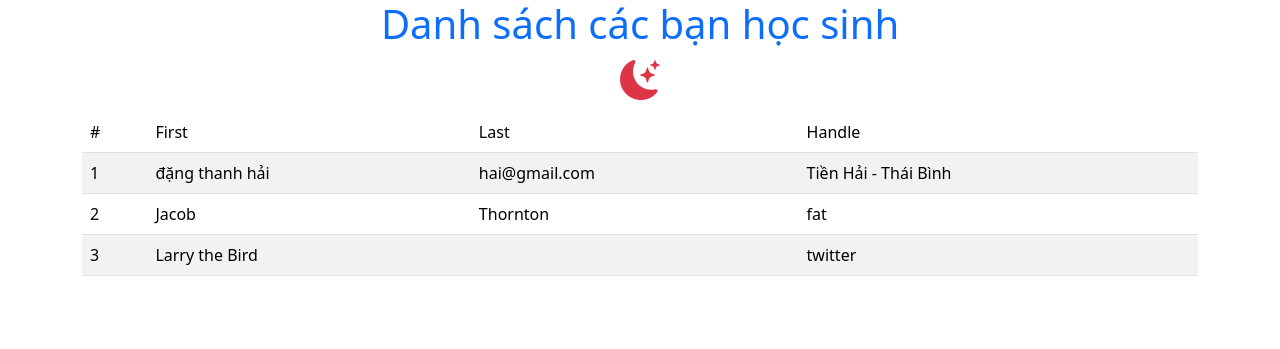
Repository: danghoanghai2k2/BeginAnguLar
Page: / (app in FirstAnGuLar/)
These files come from the project's save history. The page is drawn as it stood at one moment and after the next save; the edit follows.
The browser window is 1280 px wide. The pictures show the whole page.
The project was rebuilt for these pictures with package versions that can differ from the ones it lists, and the page was loaded fresh each time. Also part of the build but not shown: FirstAnGuLar/angular.json.

Above is the page before, as saved 2024-06-07 09:53:07.

### FirstAnGuLar/src/index.html
<!doctype html>
<html lang="en">
<head>
  <meta charset="utf-8">
  <title>FirstAnGuLar</title>
  <base href="/">
  <meta name="viewport" content="width=device-width, initial-scale=1">
  <link rel="icon" type="img" href="../public/img/465.jpg">
</head>
<body>
  <app-root></app-root>
</body>
</html>

### FirstAnGuLar/src/styles.css

*,
*:before,
*:after {
  box-sizing: border-box;
}
* {
  margin: 0;
  padding: 0;
  font: inherit;
}
img,
picture,
svg,
video {
  display: block;
  max-width: 100%;
}
input,
select,
textarea {
  background-color: transparent;
  outline: none;
}
button {
  cursor: pointer;
  background-color: transparent;
  outline: none;
  border: 0;
}
body {
  min-height: 100vh;
  font-weight: 400;
  font-size: 16px;
  line-height: 1;
}

### FirstAnGuLar/src/main.ts
import { bootstrapApplication } from '@angular/platform-browser';
import { appConfig } from './app/app.config';
import { AppComponent } from './app/app.component';
// import { ChildComponent } from './app/child/child.component';

bootstrapApplication(AppComponent, appConfig)
  .catch((err) => console.error(err));

### FirstAnGuLar/src/app/app.component.ts
import { Component } from '@angular/core';
import { RouterOutlet } from '@angular/router';
import { User } from './common/User';
import { HeaderComponent } from './component/header/header.component';

@Component({
  selector: 'app-root',
  standalone: true,
  imports: [RouterOutlet,HeaderComponent],
  templateUrl: './app.component.html',
  styleUrl: './app.component.css'
})
export class AppComponent {
  // tạo ra thẻ tiêu đề
  lists = 'Danh sách các bạn học sinh';
  nguoiDung:User = {
    id :1,
    name :'đặng thanh hải',
    email :'hai@gmail.com',
    address: 'Tiền Hải - Thái Bình'
  };
}

### FirstAnGuLar/src/app/app.component.html
<div class="container">
    <div class="header">
        <h1 class="text-center text-primary">{{lists}}</h1>
        <h1 class="text-center text-danger"><i class="bi bi-moon-stars-fill"></i></h1>
    </div>
    <table class="table table-striped">
        <thead>
          <tr>
            <th scope="col">#</th>
            <th scope="col">First</th>
            <th scope="col">Last</th>
            <th scope="col">Handle</th>
          </tr>
        </thead>
        <tbody>
          <tr>
            <th scope="row">{{nguoiDung.id}}</th>
            <td>{{nguoiDung.name}}</td>
            <td>{{nguoiDung.email}}</td>
            <td>{{nguoiDung.address}}</td>
          </tr>
          <tr>
            <th scope="row">2</th>
            <td>Jacob</td>
            <td>Thornton</td>
            <td>fat</td>
          </tr>
          <tr>
            <th scope="row">3</th>
            <td colspan="2">Larry the Bird</td>
            <td>twitter</td>
          </tr>
        </tbody>
      </table>
</div>

Loaded but not shown: FirstAnGuLar/src/app/app.config.ts (common file); FirstAnGuLar/src/app/app.routes.ts (common file); FirstAnGuLar/src/app/component/header/header.component.ts (common file); FirstAnGuLar/src/app/component/header/header.component.html (common file); FirstAnGuLar/src/app/app.component.css (no stored copy; drawn as an empty file)

After the next save:
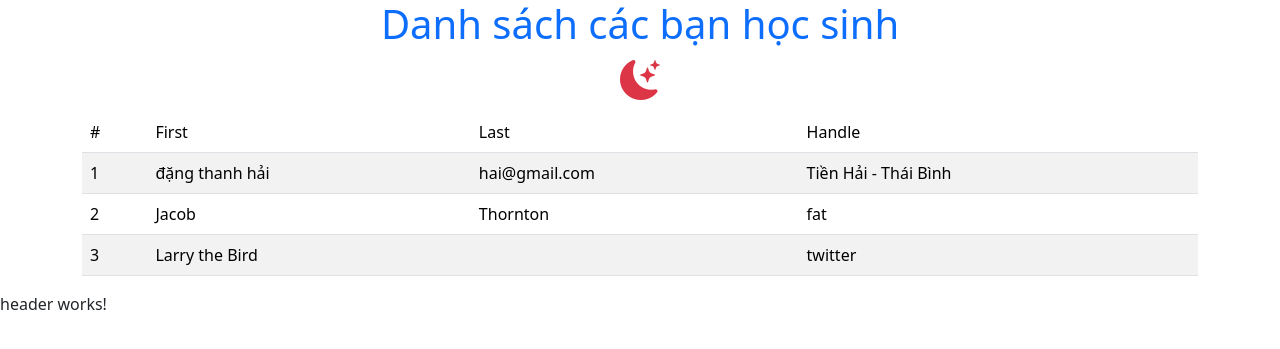
Saved 63 s later.
--- a/FirstAnGuLar/src/app/app.component.html
+++ b/FirstAnGuLar/src/app/app.component.html
@@ -33,3 +33,4 @@
         </tbody>
       </table>
 </div>
+<app-header></app-header>
